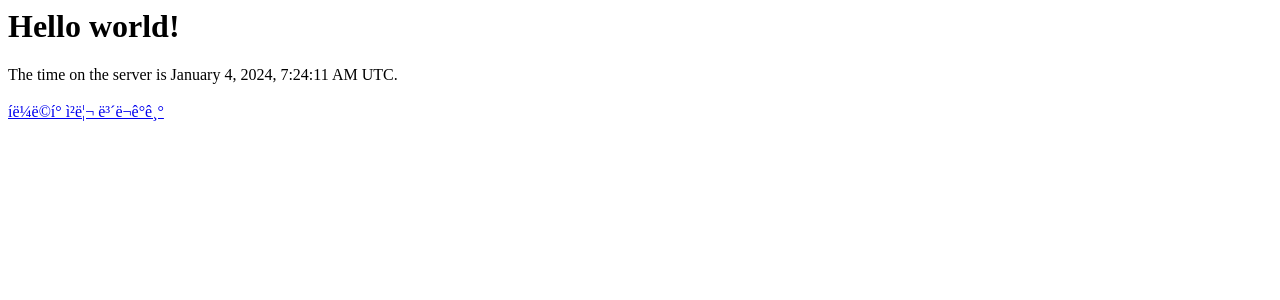
Repository: Hena1234/SpringStudy
Page: http://localhost/01_SpringBasic/
The author's editor kept a copy of each file at every save. The page is drawn from the files as they stood at one save, then again after the next save.
The browser window is 1280 px wide. The pictures show the whole page.
The page is served by Tomcat 9. The template is opened directly, without the code that normally fills it, so the values that code supplies are empty.

Above is the page before, as saved 2024-01-05 02:12:46.

After the next save:
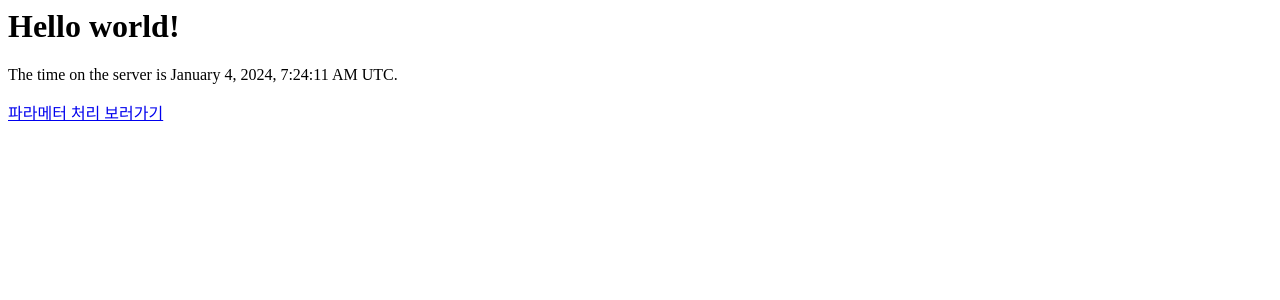
Saved 3 min 23 s later.
--- a/01_SpringBasic/src/main/webapp/WEB-INF/views/home.jsp
+++ b/01_SpringBasic/src/main/webapp/WEB-INF/views/home.jsp
@@ -1,5 +1,7 @@
+<%@ page language="java" contentType="text/html; charset=UTF-8" pageEncoding="UTF-8"%>
 <%@ taglib uri="http://java.sun.com/jsp/jstl/core" prefix="c" %>
 <%@ page session="false" %>
+<c:set var="path" value="${pageContext.request.contextPath}"/>
 <html>
 <head>
 	<title>Home</title>
@@ -10,7 +12,6 @@
 </h1>
 
 	<P>  The time on the server is ${serverTime}. </P>
-
 	<a href="${path}/member"> 파라메터 처리 보러가기 </a>
 </body>
 </html>
